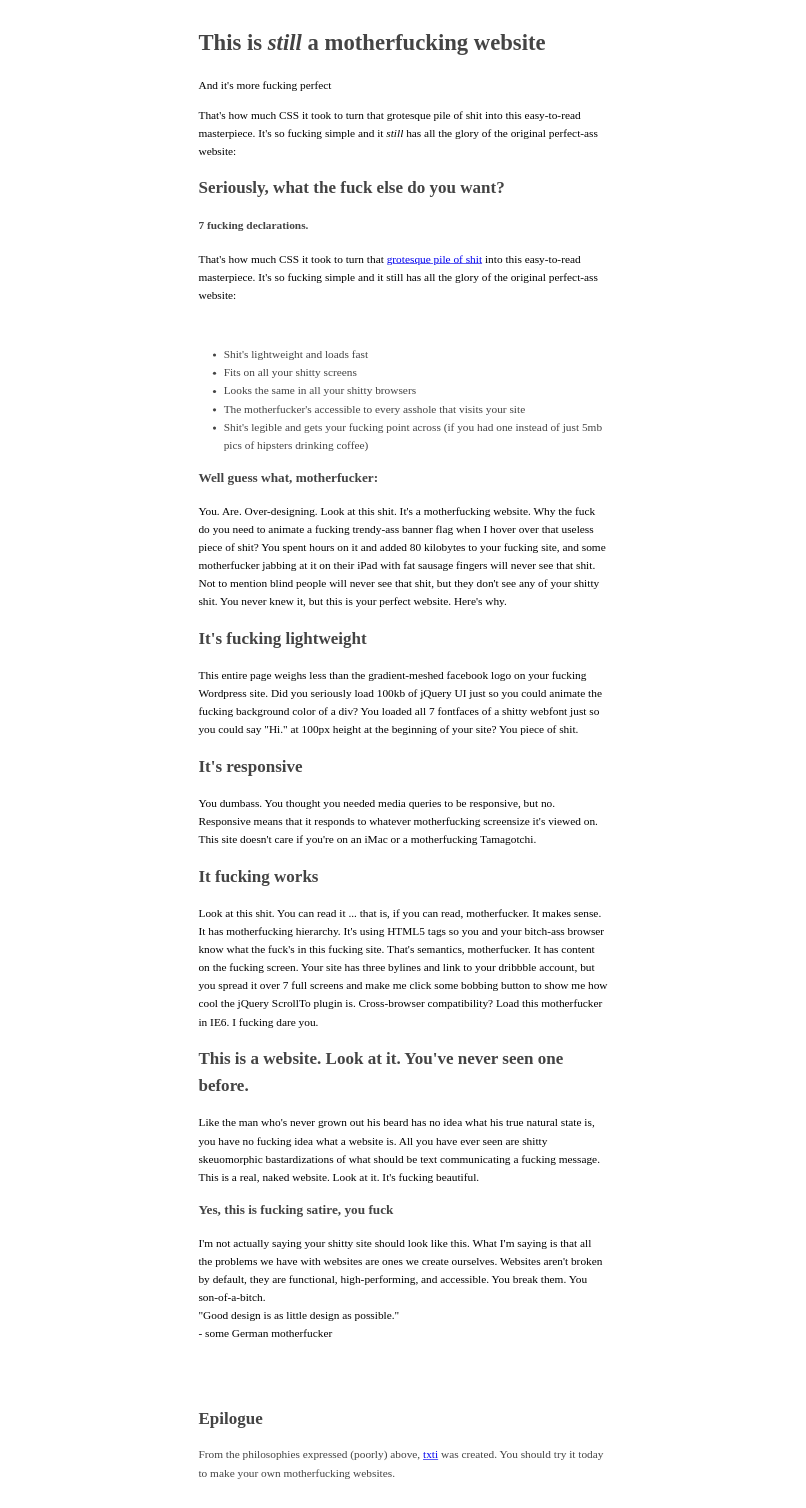
Repository: Ulrichvoitier/Refaire-Google
Page: Better MotherFuckingWebsite.html
An editor plug-in stored every save of this project. The page is shown before and after the next save, followed by the edit.
The browser window is 1280 px wide. The pictures show the whole page, at 63% of full size.

Above is the page before, as saved 2023-01-09 21:20:17.

### Better MotherFuckingWebsite.html
<html lang="fr">
    <head>
        <meta charset="utf-8">
        <title> <h1>This is <i>still</i> a motherfucking website </strong></h1></title>
    <link rel="stylesheet" href="style.css">
    </head>
    <body>
         <h1>This is <em>still</em> a motherfucking website </h1>
<p>And it's more fucking perfect
    <p>That's how much CSS it took to turn that grotesque pile of shit into this easy-to-read masterpiece. It's so fucking simple and it <em>still</em> has all the glory of the original perfect-ass website:</p>
<h2>Seriously, what the fuck else do you want?</h2>
<p><h4>7 fucking declarations.</h4>
</p>
<p>That's how much CSS it took to turn that <a href="file:///media/fuse/crostini_059cf6db8a76656857740c4a03e60a0393812b57_termina_penguin/MotherFuckingWebsite.html"> grotesque pile of shit</a> into this easy-to-read masterpiece. It's so fucking simple and it still has all the glory of the original perfect-ass website:</p>
<br>
    <ul>
        <li>Shit's lightweight and loads fast</li>
        <li>Fits on all your shitty screens</li>
        <li>Looks the same in all your shitty browsers</li>
        <li>The motherfucker's accessible to every asshole that visits your site</li>
        <li>Shit's legible and gets your fucking point across (if you had one instead of just 5mb pics of hipsters drinking coffee)</li>
    </ul>
<h3>Well guess what, motherfucker:</h3>
<p>You. Are. Over-designing. Look at this shit. It's a motherfucking website. Why the fuck do you need to animate a fucking trendy-ass banner flag when I hover over that useless piece of shit? You spent hours on it and added 80 kilobytes to your fucking site, and some motherfucker jabbing at it on their iPad with fat sausage fingers will never see that shit. Not to mention blind people will never see that shit, but they don't see any of your shitty shit.

    You never knew it, but this is your perfect website. Here's why.</p>

<h2>It's fucking lightweight</h2>
<p>This entire page weighs less than the gradient-meshed facebook logo on your fucking Wordpress site. Did you seriously load 100kb of jQuery UI just so you could animate the fucking background color of a div? You loaded all 7 fontfaces of a shitty webfont just so you could say "Hi." at 100px height at the beginning of your site? You piece of shit.</p>

<h2>It's responsive</h2>
<p>You dumbass. You thought you needed media queries to be responsive, but no. Responsive means that it responds to whatever motherfucking screensize it's viewed on. This site doesn't care if you're on an iMac or a motherfucking Tamagotchi.</p>

<h2>It fucking works</h2>
<p>Look at this shit. You can read it ... that is, if you can read, motherfucker. It makes sense. It has motherfucking hierarchy. It's using HTML5 tags so you and your bitch-ass browser know what the fuck's in this fucking site. That's semantics, motherfucker.

    It has content on the fucking screen. Your site has three bylines and link to your dribbble account, but you spread it over 7 full screens and make me click some bobbing button to show me how cool the jQuery ScrollTo plugin is.

    Cross-browser compatibility? Load this motherfucker in IE6. I fucking dare you.</p>

<h2>This is a website. Look at it. You've never seen one before.</h2>
<p>Like the man who's never grown out his beard has no idea what his true natural state is, you have no fucking idea what a website is. All you have ever seen are shitty skeuomorphic bastardizations of what should be text communicating a fucking message. This is a real, naked website. Look at it. It's fucking beautiful.</p>

<h3>Yes, this is fucking satire, you fuck</h3>
<p>I'm not actually saying your shitty site should look like this. What I'm saying is that all the problems we have with websites are ones we create ourselves. Websites aren't broken by default, they are functional, high-performing, and accessible. You break them. You son-of-a-bitch.
<br>
    "Good design is as little design as possible."<br>
    - some German motherfucker</p>
    <br>
    <br>
<h2>Epilogue</h2>
From the philosophies expressed (poorly) above, <a href="http://txti.es/">txti</a> was created. You should try it today to make your own motherfucking websites.
    </body>
</html>

### style.css
p{
color:black;

}
body {
    margin: 40px auto;
    max-width: 650px;
    line-height: 1.6;
    font-size: 18px;
    color: #444;
    padding: 0 10px;
}

After the next save:
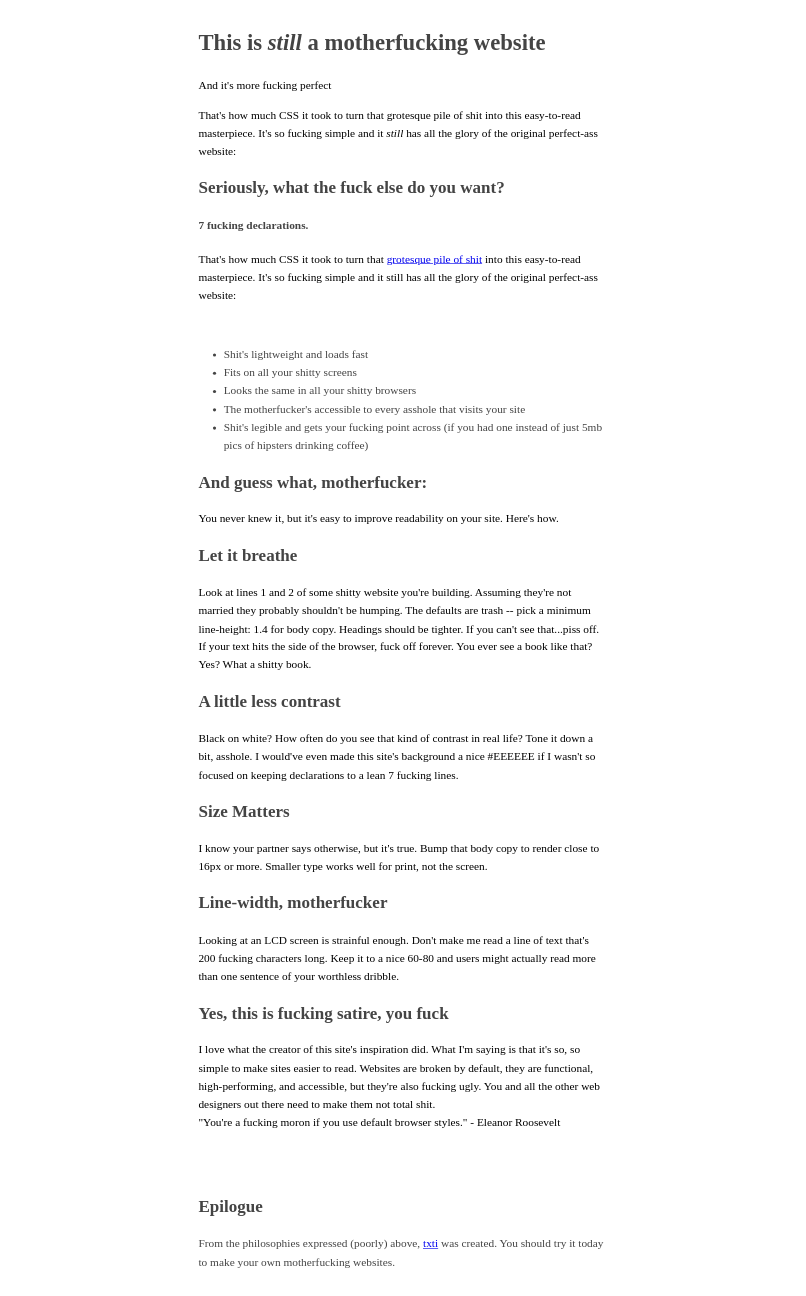
Saved 6 min 16 s later.
--- a/Better MotherFuckingWebsite.html
+++ b/Better MotherFuckingWebsite.html
@@ -20,32 +20,31 @@
         <li>The motherfucker's accessible to every asshole that visits your site</li>
         <li>Shit's legible and gets your fucking point across (if you had one instead of just 5mb pics of hipsters drinking coffee)</li>
     </ul>
-<h3>Well guess what, motherfucker:</h3>
-<p>You. Are. Over-designing. Look at this shit. It's a motherfucking website. Why the fuck do you need to animate a fucking trendy-ass banner flag when I hover over that useless piece of shit? You spent hours on it and added 80 kilobytes to your fucking site, and some motherfucker jabbing at it on their iPad with fat sausage fingers will never see that shit. Not to mention blind people will never see that shit, but they don't see any of your shitty shit.
+    <h2>And guess what, motherfucker:</h2>
+    <p>You never knew it, but it's easy to improve readability on your site. Here's how.</p>
 
-    You never knew it, but this is your perfect website. Here's why.</p>
 
-<h2>It's fucking lightweight</h2>
-<p>This entire page weighs less than the gradient-meshed facebook logo on your fucking Wordpress site. Did you seriously load 100kb of jQuery UI just so you could animate the fucking background color of a div? You loaded all 7 fontfaces of a shitty webfont just so you could say "Hi." at 100px height at the beginning of your site? You piece of shit.</p>
+    <h2>Let it breathe</h2>
 
-<h2>It's responsive</h2>
-<p>You dumbass. You thought you needed media queries to be responsive, but no. Responsive means that it responds to whatever motherfucking screensize it's viewed on. This site doesn't care if you're on an iMac or a motherfucking Tamagotchi.</p>
+    <p>Look at lines 1 and 2 of some shitty website you're building. Assuming they're not married they probably shouldn't be humping. The defaults are trash -- pick a minimum line-height: 1.4 for body copy. Headings should be tighter. If you can't see that...piss off.
 
-<h2>It fucking works</h2>
-<p>Look at this shit. You can read it ... that is, if you can read, motherfucker. It makes sense. It has motherfucking hierarchy. It's using HTML5 tags so you and your bitch-ass browser know what the fuck's in this fucking site. That's semantics, motherfucker.
+        If your text hits the side of the browser, fuck off forever. You ever see a book like that? Yes? What a shitty book.</p>
 
-    It has content on the fucking screen. Your site has three bylines and link to your dribbble account, but you spread it over 7 full screens and make me click some bobbing button to show me how cool the jQuery ScrollTo plugin is.
+    <h2>A little less contrast</h2>
+    <p>Black on white? How often do you see that kind of contrast in real life? Tone it down a bit, asshole. I would've even made this site's background a nice #EEEEEE if I wasn't so focused on keeping declarations to a lean 7 fucking lines.</p>
 
-    Cross-browser compatibility? Load this motherfucker in IE6. I fucking dare you.</p>
+    <h2>Size Matters</h2>
+    <p>I know your partner says otherwise, but it's true. Bump that body copy to render close to 16px or more. Smaller type works well for print, not the screen.</p>
 
-<h2>This is a website. Look at it. You've never seen one before.</h2>
-<p>Like the man who's never grown out his beard has no idea what his true natural state is, you have no fucking idea what a website is. All you have ever seen are shitty skeuomorphic bastardizations of what should be text communicating a fucking message. This is a real, naked website. Look at it. It's fucking beautiful.</p>
+    <h2>Line-width, motherfucker</h2>
+    <p>Looking at an LCD screen is strainful enough. Don't make me read a line of text that's 200 fucking characters long. Keep it to a nice 60-80 and users might actually read more than one sentence of your worthless dribble.</p>
 
-<h3>Yes, this is fucking satire, you fuck</h3>
-<p>I'm not actually saying your shitty site should look like this. What I'm saying is that all the problems we have with websites are ones we create ourselves. Websites aren't broken by default, they are functional, high-performing, and accessible. You break them. You son-of-a-bitch.
-<br>
-    "Good design is as little design as possible."<br>
-    - some German motherfucker</p>
+    <h2>Yes, this is fucking satire, you fuck</h2>
+    <p> I love what the creator of this site's inspiration did. What I'm saying is that it's so, so simple to make sites easier to read. Websites are broken by default, they are functional, high-performing, and accessible, but they're also fucking ugly. You and all the other web designers out there need to make them not total shit.
+    <br>
+    "You're a fucking moron if you use default browser styles."
+    - Eleanor Roosevelt
+    </p>
     <br>
     <br>
 <h2>Epilogue</h2>
